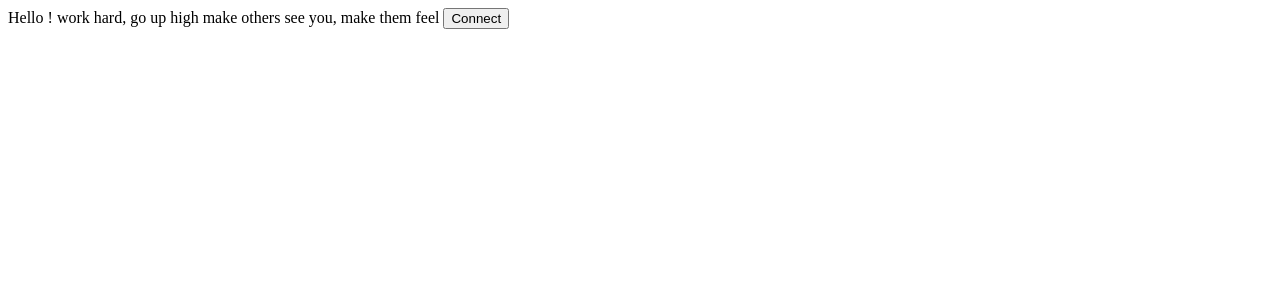
Repository: Sugunaramkumar/Fund-Me-App---FCC
Page: index.html
The author's editor kept a copy of each file at every save. The page is drawn from the files as they stood at one save, then again after the next save.
The browser window is 1280 px wide. The pictures show the whole page.

Above is the page before, as saved 2022-07-21 15:53:24.

After the next save:
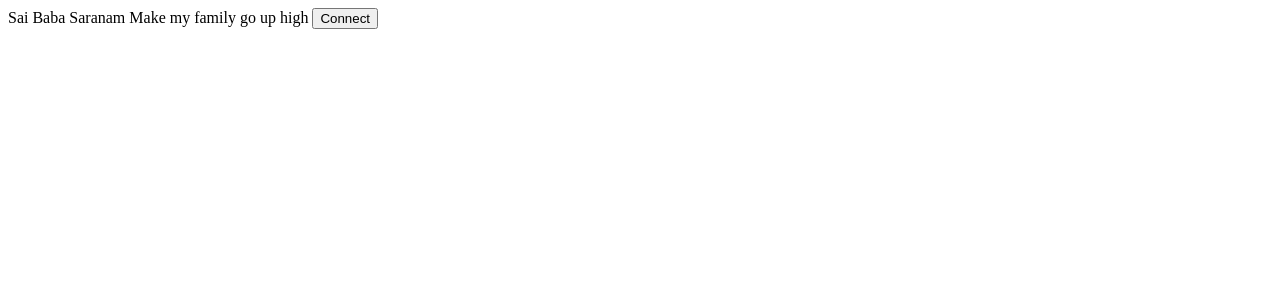
Saved 76 s later.
--- a/index.html
+++ b/index.html
@@ -5,7 +5,8 @@
     <title>Fund Me App</title>
 </head>
 <body>
-    Hello ! work hard, go up high make others see you, make them feel
+    Sai Baba Saranam
+    Make my family go up high
     <script>
         async function connect() {
             if (typeof window.ethereum !== "undefined"){
